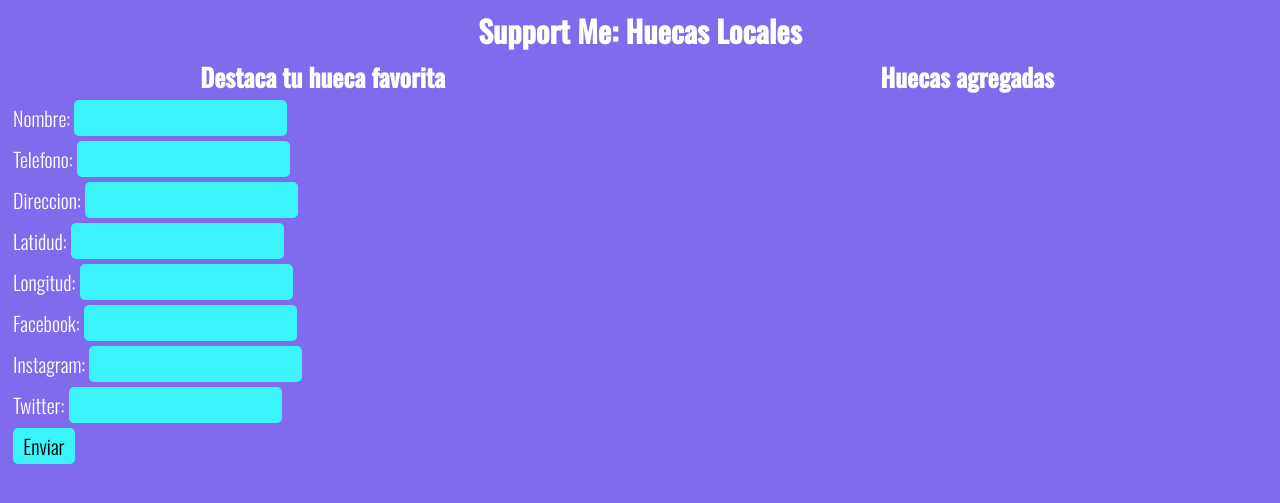
Repository: renzopachecoj/huecas-website
Page: index.html
These files come from the project's save history. The page is drawn as it stood at one moment and after the next save; the edit follows.
The browser window is 1280 px wide. The pictures show the whole page.

Above is the page before, as saved 2020-08-01 19:08:59.

After the next save:
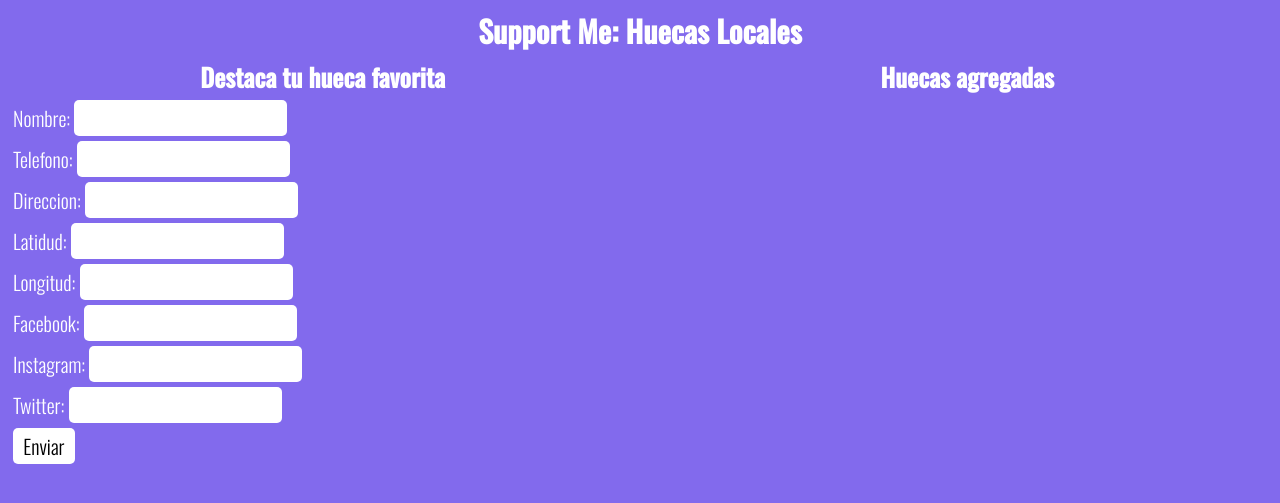
Saved 20 s later.
--- a/styles.css
+++ b/styles.css
@@ -40,7 +40,7 @@
     width: auto;
     border-radius: 5px;
     border-color: transparent;
-    background-color: #3BF4FB;
+    background-color: #fff;
     margin-bottom: 5px;
     color: black
 }

After the save that followed:
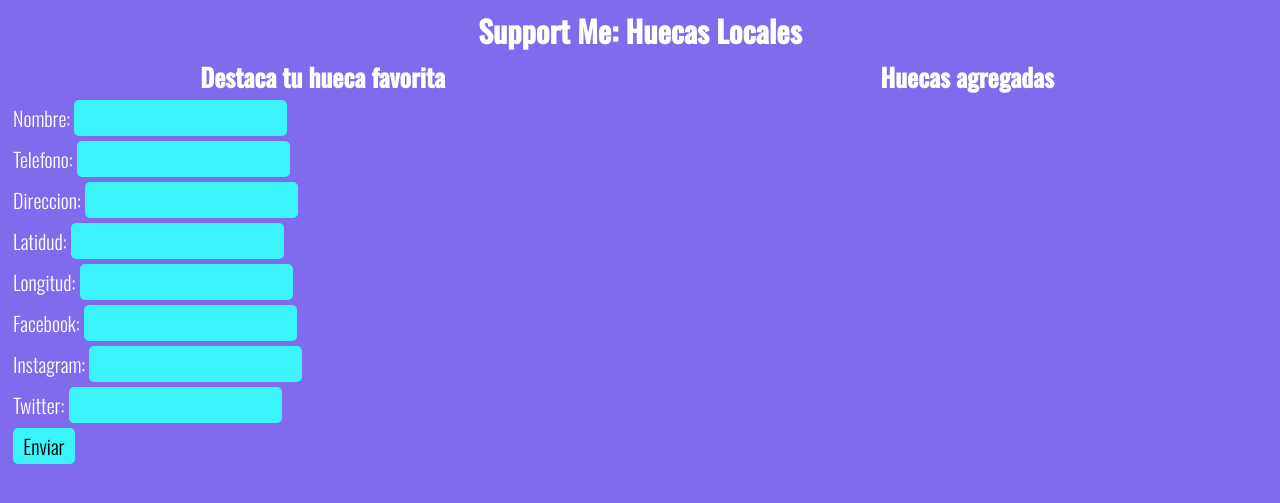
Saved 24 s later.
--- a/styles.css
+++ b/styles.css
@@ -40,7 +40,7 @@
     width: auto;
     border-radius: 5px;
     border-color: transparent;
-    background-color: #fff;
+    background-color: #3BF4FB;
     margin-bottom: 5px;
     color: black
 }
